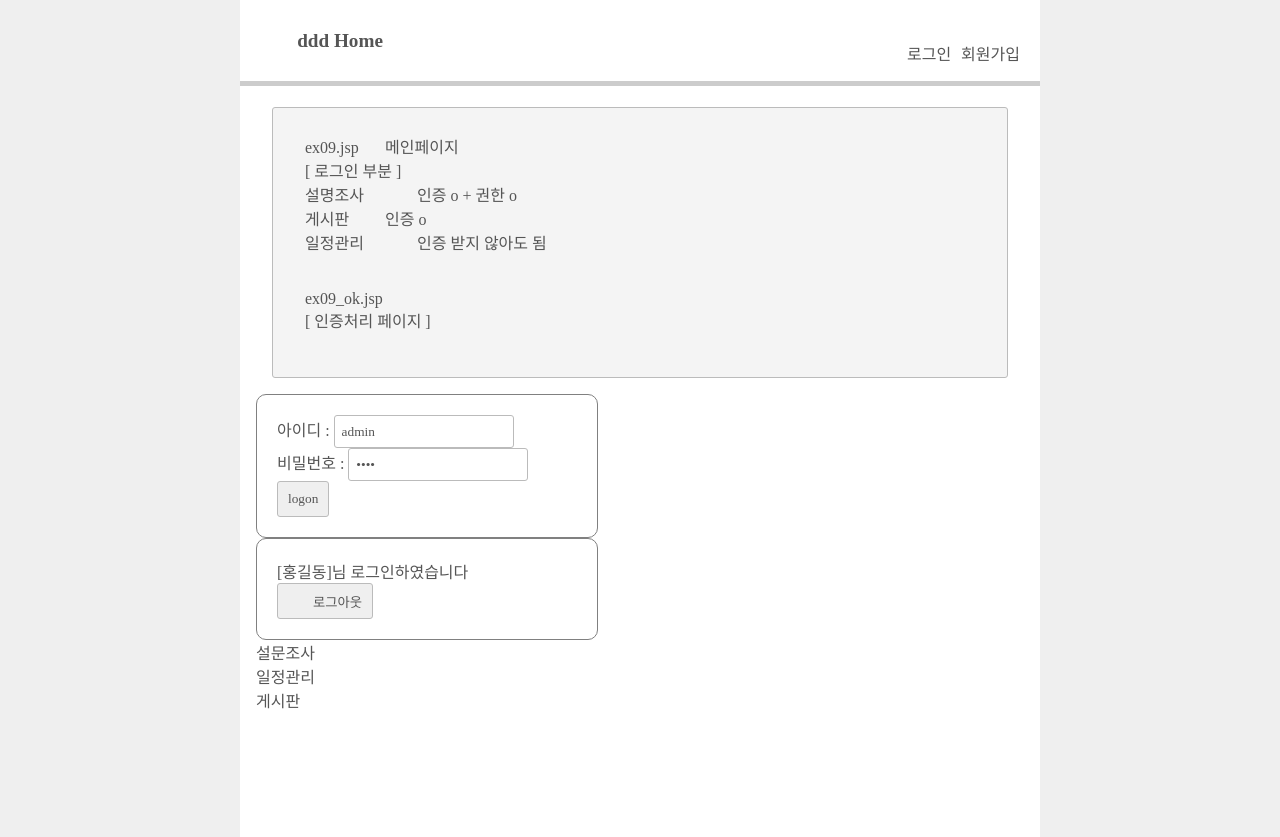
Repository: Deneb0000/JSP
Page: http://localhost/jspPro/days03/ex09.jsp
The author's editor kept a copy of each file at every save. The page is drawn from the files as they stood at one save, then again after the next save.
The browser window is 1280 px wide. The pictures show the whole page.
Some web fonts or font styles are not loaded; a fallback is used. The page is served by Tomcat 9. Other server files are loaded and not shown.

Above is the page before, as saved 2024-10-17 07:38:04.

### jspPro/src/main/webapp/days03/ex09.jsp
<%@ page contentType="text/html; charset=UTF-8" pageEncoding="UTF-8"%>
<%
	//?ok%name=이시훈 	인증성공
	//?error			인증실패
	String ok = request.getParameter("ok"); 	//null
	String name = request.getParameter("name");
	String error = request.getParameter("error");
%>
<!DOCTYPE html>
<html>
<head>
<meta charset="UTF-8">
<title>Insert title here</title>
<link rel="shortcut icon" type="image/x-icon" href="http://localhost/jspPro/images/SiSt.ico">
<script src="https://ajax.googleapis.com/ajax/libs/jquery/3.7.1/jquery.min.js"></script>
<meta name="viewport" content="width=device-width, initial-scale=1.0">
<meta name="google" content="notranslate">
<link rel="stylesheet" href="http://localhost/jspPro/resources/cdn-main/example.css">
<script src="http://localhost/jspPro/resources/cdn-main/example.js"></script>
<style>
 span.material-symbols-outlined{
    vertical-align: text-bottom;
 }
</style>

<style>
  #logon, #logout{
    border:1px solid gray;
    width:300px;
    padding:20px;
    border-radius: 10px;
  }
</style>

</head>
<body>
<header>
  <h1 class="main"><a href="#" style="position: absolute;top:30px;">ddd Home</a></h1>
  <ul>
    <li><a href="#">로그인</a></li>
    <li><a href="#">회원가입</a></li>
  </ul>
</header>
<div>
  <xmp class="code">
    ex09.jsp	메인페이지
    [ 로그인 부분 ]
    설명조사		인증 o + 권한 o
    게시판		인증 o
    일정관리		인증 받지 않아도 됨


    ex09_ok.jsp
    [ 인증처리 페이지 ]

  </xmp>

    <div id="logon">
     <form action="ex09_ok.jsp" method="get">
      아이디 : <input type="text"  name="id"  value="admin"><br>
      비밀번호 : <input type="password"  name="passwd"  value="1234"><br>
      <input type="submit"  value="logon">
     </form>
  </div>

  <div id="logout">[홍길동]님 로그인하였습니다 <br />
  <button>로그아웃</button>
  </div>

  <a href="#">설문조사</a> <br />
  <a href="#">일정관리</a> <br />

  <a href="#">게시판</a> <br />
</div>
</body>
</html>

### jspPro/src/main/webapp/resources/cdn-main/example.css
@charset "UTF-8";

@import url('https://fonts.googleapis.com/css2?family=Material+Symbols+Outlined:opsz,wght,FILL,GRAD@20..48,100..700,0..1,-50..200');

@font-face {
    font-family: 'GmarketSansMedium';
    src: url('https://cdn.jsdelivr.net/gh/projectnoonnu/noonfonts_2001@1.1/GmarketSansMedium.woff') format('woff');
    font-weight: normal;
    font-style: normal;
}

:root {
	--text-color: #555;
	--sub-text-color: #777;
	--back-color: #EFEFEF;
	--header-color: #444;
	--primary-color: #DEDEDE;
	--secondary-color: #EFEFEF;
	--default-width: 800px;
	--narrow-width: 500px;
	--wide-width: 1200px;
	--text-font: 'GmarketSansMedium';
	--icon-font: 'Material Symbols Outlined';
	--border-color: #CCC;
}

html, body {
	margin: 0;
	padding: 0;
}

html {
	background-color: var(--back-color);
	display: flex;
	justify-content: center;
	min-height: 100vh;
}

body, body.default {
	width: var(--default-width);
	background-color: white;
	padding-bottom: 120px;
}

body.wide {
	width: var(--wide-width);
}

body.narrow {
	width: var(--narrow-width);
}



body, p, div, span, a, input, select, option, textarea, button, table, th, td, label, fieldset, legend {
	font-family: var(--text-font);
	color: var(--text-color);
}

h1, h2, h3 {
	font-family: var(--text-font);
	color: var(--header-color);
	padding: 0 1rem;
	padding-top: .5rem;
}

div > h1, div > h2, div > h3 {
	padding: 0;
}

body > div, body > main > div {
	padding: 0.3rem 1rem;
}


h1 { font-size: 2rem; border-bottom: 1px solid var(--border-color); }
h1 small { font-size: 1.2rem; color: var(--sub-text-color); }
h2 { font-size: 1.5rem; border-bottom: 1px dashed var(--border-color); }
h2 small { font-size: 1.1rem; color: --sub-text-color; }
h3 { font-size: 1.2rem; }
h3 small { font-size: 1rem; color: --sub-text-color; }



h1.main::before {
	font-family: var(--icon-font);
  	content: '\e666';
  	margin-right: 10px;
  	float: left;
	font-size: 2.5rem;
}

h1.sub::before {
	font-family: var(--icon-font);
  	content: '\ea19';
  	margin-right: 10px;
  	float: left;
	font-size: 2.5rem;
}


h1.page::before {
	font-family: var(--icon-font);
  	content: '\e0e0';
  	margin-right: 10px;
  	float: left;
	font-size: 2.5rem;
}

body > header > ul > li > .active{
	background-color: #FFF;
	color:#F00;
}

body > header {
	display: flex;
	justify-content: space-between;
	border-bottom: 5px solid var(--border-color);
	min-height: 74px;
	background-color: #FFF;
}

body > header.sticky {
	position: sticky;
	top: 0;
	z-index: 98;
}

body > header > h1 {
	font-size: 1.2rem;
	border: 0;
}

body > header.in > h1::before {
	font-family: var(--icon-font);
  	content: '\e332‥';
  	margin-right: 3px;
  	float: left;
	font-size: 2rem;
}


body > header > ul {
	list-style-type: none;
	display: flex;
	align-items: flex-end;
	margin-right: 10px;
}

body > header > ul > li {
	margin-right: 10px;
	cursor: pointer;
}

body > header > ul > li > a {
	cursor: pointer;
}


form {
	display: block;
}

form > div {
	padding: 0.3rem 1rem;
}

div > form > div {
	padding: 0.3rem 0;
}

input, textarea, button, select {
	border: 1px solid #BBB;
	border-radius: 3px;
	outline: none;
	resize: none;
	padding: 7px;
	margin: 0;
}

input[type=text]:read-only, textarea:read-only {
	cursor: not-allowed;
	background-color: #FFF;
}

input[type=text]:disabled, textarea:disabled {
	cursor: not-allowed;
	background-color: #EEE;
}

input[type=text], input[type=password], textarea, button, select {
	/* width: 300px; */
}

textarea {
	display: block;
	height: 100px;
}

input[type=button], input[type=submit], button {
	/* width: inherit; */
}

input.short, textarea.short, button.short, select.short {
	width: 100px;
}

input.long, textarea.long, button.long, select.long {
	width: 350px;
}

.narrow input.long, .narrow textarea.long, .narrow button.long, .narrow select.long {
	width: calc(100% - 20px);
}

input.full, textarea.full, button.full, select.full {
	width: calc(100% - 20px);
}

textarea.short {
	height: 50px;
}

textarea.long {
	height: 100px;
}

textarea.full {
	height: 200px;
}

input, textarea {
	padding-top: 8px;
}

input[type=button], input[type=submit], button {
	padding: 5px 10px;
	background-color: var(--secondary-color);
	cursor: pointer;
	min-height: 36px;
}

input[type=button].primary, input[type=submit].primary, button.primary {
	/* background-color: rgba(100, 149, 237, .2); */
	background-color: var(--primary-color);
}

input[type=button].primary:hover, input[type=submit].primary:hover, button.primary:hover {
	/* background-color: rgba(100, 149, 237, .3); */
	background-color: var(--secondary-color);
}

input[type=button]:hover, input[type=submit]:hover, button:hover {
	background-color: var(--primary-color);
}

button {
	position: relative;
	left: 0;
	top: 0;
	padding-left: 35px;
}

button .material-symbols-outlined {
	position: absolute;
	left: 10px;
	top: 4px;
}

/* k2nik add */
button.login::before {
	font-family: var(--icon-font);
  	content: '\ea77';
	position: absolute;
	left: 11px;
	top: 4px;
	font-size: 1.25rem;
}

/* k2nik logout */
button.logout::before {
	font-family: var(--icon-font);
  	content: '\e9ba';
	position: absolute;
	left: 11px;
	top: 4px;
	font-size: 1.25rem;
}

/* k2nik help */
button.help::before {
	font-family: var(--icon-font);
  	content: '\f1c0';
	position: absolute;
	left: 11px;
	top: 4px;
	font-size: 1.25rem;
}

button.add::before{
	font-family: var(--icon-font);
  	content: '\e746';
	position: absolute;
	left: 11px;
	top: 4px;
	font-size: 1.25rem;
}

button.back::before {
	font-family: var(--icon-font);
  	content: '\e166';
	position: absolute;
	left: 11px;
	top: 4px;
	font-size: 1.25rem;
}

button.list::before {
	font-family: var(--icon-font);
  	content: '\e0ee';
	position: absolute;
	left: 11px;
	top: 4px;
	font-size: 1.25rem;
}


button.del::before {
	font-family: var(--icon-font);
  	content: '\e872';
	position: absolute;
	left: 11px;
	top: 4px;
	font-size: 1.25rem;
}


button.edit::before {
	font-family: var(--icon-font);
  	content: '\e745';
	position: absolute;
	left: 11px;
	top: 4px;
	font-size: 1.25rem;
}


button.login::before {
	font-family: var(--icon-font);
  	content: '\ea77';
	position: absolute;
	left: 11px;
	top: 4px;
	font-size: 1.25rem;
}


button.logout::before {
	font-family: var(--icon-font);
  	content: '\e9ba';
	position: absolute;
	left: 11px;
	top: 4px;
	font-size: 1.25rem;
}


button.in::before {
	font-family: var(--icon-font);
  	content: '\f71a';
	position: absolute;
	left: 11px;
	top: 4px;
	font-size: 1.25rem;
}


button.out::before {
	font-family: var(--icon-font);
  	content: '\f70e';
	position: absolute;
	left: 11px;
	top: 4px;
	font-size: 1.25rem;
}


button.reply::before {
	font-family: var(--icon-font);
  	content: '\e15e';
	position: absolute;
	left: 11px;
	top: 4px;
	font-size: 1.25rem;
}


button.comment::before {
	font-family: var(--icon-font);
  	content: '\e0b9';
	position: absolute;
	left: 11px;
	top: 4px;
	font-size: 1.25rem;
}


button.modal::before {
	font-family: var(--icon-font);
  	content: '\e89e';
	position: absolute;
	left: 11px;
	top: 4px;
	font-size: 1.25rem;
}


button.ok::before {
	font-family: var(--icon-font);
  	content: '\e86c';
	position: absolute;
	left: 11px;
	top: 4px;
	font-size: 1.25rem;
}


button.cancel::before {
	font-family: var(--icon-font);
  	content: '\e5c9';
	position: absolute;
	left: 11px;
	top: 4px;
	font-size: 1.25rem;
}

button.search::before {
	font-family: var(--icon-font);
  	content: '\e8b6';
	position: absolute;
	left: 11px;
	top: 4px;
	font-size: 1.25rem;
}

button.home::before {
	font-family: var(--icon-font);
  	content: '\e88a';
	position: absolute;
	left: 11px;
	top: 4px;
	font-size: 1.25rem;
}


button.sidebar::before {
	font-family: var(--icon-font);
  	content: '\f7e4';
	position: absolute;
	left: 11px;
	top: 4px;
	font-size: 1.25rem;
}


button.sidebar-right::before {
	font-family: var(--icon-font);
  	content: '\f7e5';
	position: absolute;
	left: 11px;
	top: 4px;
	font-size: 1.25rem;
}




button::before {
	font-family: var(--icon-font);
  	content: '\e323';
	position: absolute;
	left: 11px;
	top: 4px;
	font-size: 1.25rem;
}


table {
	border-collapse: collapse;
	margin: 1rem;
	box-sizing: border-box;
	width: calc(100% - 32px);
}

table.content {
	width: auto;
}

div > table {
	margin: 0;
}

table th, table td {
	border: 1px solid var(--border-color);
	padding: 7px;
	font-weight: normal;
}

table th {
	background-color: var(--back-color);
}

table.vertical th {
	width: 150px;
}

table.vertical td {
	width: calc(100% - 182px);
	padding-left: 10px;
}

table.content td, table.content th {
	width: auto;
}

body.narrow table.vertical th {
	width: 100px;
}

body.narrow table.vertical td {
	width: calc(100% - 182px);
}


table + table {
	margin-top: 30px;
}


p {
	padding: 0 1rem;
}

a {
	text-decoration: none;
}

a:hover {
	color: rgba(255, 99, 71, .7);
}

hr {
	border: 0;
	border-top: 1px solid var(--border-color);
	margin: 2rem 0;
}

.message {
	border: 1px solid var(--border-color);
	background-color: #EFEFEF;
	margin: 1rem;
	width: auto;
	padding-top: 10px;
	padding-bottom: 10px;
	font-size: 14px;
}

.message[title]::before {
	content: attr(title);
	display: block;
	border-bottom: 1px solid var(--border-color);
	padding-bottom: 5px;
	margin-bottom: 10px;
	margin-top: 7px;
}

.message.short {
	max-width: 250px;
}

.message.long {
	max-width: 500px;
}

.badge {
	float: right;
	font-size: .8rem;
	margin-top: 2px;
	margin-right: 2px;
	text-shadow: 0 0 7px gray;
}

.badge.left {
	float: none;
	margin-left: 2px;
}

.badge.right {
	float: right;
}

.badge.red {
	border-radius: 50%;
	padding: 2px 5px;
	background-color: rgb(255, 99, 71, .3);
}

.badge.yellow {

	border-radius: 50%;
	padding: 2px 5px;
	background-color: rgb(255, 215, 0, .5);
}

.badge.blue {
	border-radius: 50%;
	padding: 2px 5px;
	background-color: rgb(100, 149, 237, .3);
}

label + label {
	margin-left: 7px;
}

label input[type=checkbox], label input[type=radio] {
	transform: translate(0, 1px);
}

.group {
	display: flex;
}

.modal-content .group {
	margin-bottom: .5rem;
}

.group label {
	border: 1px solid #BBB;
	border-radius: 3px;
	outline: none;
	resize: none;
	padding: 7px 14px;
	margin: 0;
	border-top-right-radius: 0;
	border-bottom-right-radius: 0;
	background-color: #EFEFEF;
	white-space: nowrap;
	font-size: 14px;
}

.group input[type=text] {
	margin-left: -1px;
	border-top-left-radius: 0;
	border-bottom-left-radius: 0;
}

.group select {
	margin-left: -1px;
	border-top-left-radius: 0;
	border-bottom-left-radius: 0;
}

.group input.full[type=text] {
	margin-left: -1px;
	border-top-left-radius: 0;
	border-bottom-left-radius: 0;
	width: 100%;
}

.group input[type=button]:first-child, .group button:first-child {
	border-top-left-radius: 3px;
	border-bottom-left-radius: 3px;
	margin-left: 0px;
}

.group input[type=button], .group button {
	border-radius: 0;
	margin-left: -1px;
}

.group input[type=button]:last-child, .group button:last-child {
	margin-left: -1px;
	border-top-right-radius: 3px;
	border-bottom-right-radius: 3px;
}

.seperate {
	display: flex;
	justify-content: space-between;
}

div.list {
	width: max-content;
	margin: 1rem;
	border: 1px solid #BBB;
	border-radius: 3px;
	padding: 0;
}

div.list.full {
	width: auto;
	display: block;
	margin: 1rem;
	border: 1px solid #BBB;
	border-radius: 3px;
	padding: 0;
}

div.list > div {
	padding: .5rem 1rem;
	margin: 0;
	border-bottom: 1px solid #BBB;
}

div.list > div:last-child {
	border-bottom: 0;
}

pre.code , xmp.code{
	font-family: consols;
	background-color: rgba(150, 150, 150, .1);
	border: 1px solid #BBB;
	border-radius: 3px;
	padding: .5rem 1rem;
	padding-bottom: .6rem;
	margin: 1rem;
}




*[data-modal-window] {
	position: fixed;
	background-color: rgba(0, 0, 0, .3);
	left: 0;
	top: 0;
	display: none;
	justify-content: center;
	align-items: flex-start;
	width: 100%;
	min-height: 100vh;
	z-index: 100;
	opacity: 0;
	transition: 500ms all;
}

*[data-modal-window] .modal-container {
	border-radius: 5px;
	padding: 1rem;
	padding-bottom: .5rem;
	margin-top: -500px;
	opacity: 0;
	width: 500px;
	background-color: #FFF;
	margin-right: 2rem;
	transition: 500ms all;
}

*[data-modal-size=content] .modal-container {
	width: auto;
}

*[data-modal-size=narrow] .modal-container {
	width: 300px;
}

*[data-modal-size=wide] .modal-container {
	width: 760px;
}


*[data-modal-window] .modal-header {
	border-bottom: 1px solid var(--border-color);
	padding: 2px 5px;
}

*[data-modal-window] .modal-content {
	padding: 1rem 5px;
}

*[data-modal-window] .modal-content div:last-child {
	margin-top: 1rem;
	text-align: right;
}



*[data-sidebar-window] {
	position: fixed;
	background-color: #FFF;
	left: 0;
	top: 0;
	display: block;
	width: 300px;
	border-right: 1px solid var(--border-color);
	box-sizing: border-box;
	box-shadow: 0 0 3px var(--back-color);
	min-height: 100vh;
	z-index: 99;
	transform: translate(-300px, 0);
	transition-duration: 500ms;
	transition-property: transform;
}

*[data-sidebar-direction=right] {
	left: auto;
	right: 0;
	transform: translate(300px, 0);
	border-left: 1px solid var(--border-color);
}

*[data-sidebar-size=wide] {
	width: 500px;
	transform: translate(-500px, 0);
}

*[data-sidebar-window] .sidebar-title {
	border-bottom: 1px solid var(--border-color);
	margin-top: 20px;
	margin-bottom: 20px;
	padding-bottom: 5px;
	display: flex;
	justify-content: space-between;
}

*[data-sidebar-window] .sidebar-title span:last-child {
	cursor: pointer;
}


/* K2Nik pagination */
.center {
  text-align: center;
}

.pagination {
  display: inline-block;
}

.pagination a {
  color: black;
  float: left;
  padding: 3px 6px;
  text-decoration: none;
  transition: background-color .3s;
  border: 1px solid #ddd;
  margin: 0 3px;
}

.pagination a.active {
  background-color: #4CAF50;
  color: white;
  border: 1px solid #4CAF50;
}

.pagination a:hover:not(.active) {background-color: #ddd;}

### jspPro/src/main/webapp/resources/cdn-main/example.js

window.onload = () => {

    const list = document.querySelectorAll('input, textarea');

    list.forEach(item => {
        item.setAttribute('autocomplete', 'off');
    });


    const modal_btn_list = document.querySelectorAll('*[data-modal-button]');

    modal_btn_list.forEach(item => {
        item.onclick = function() {

            const name = this.dataset['modalButton'];
            const modal_window = document.querySelector('*[data-modal-window=' + name);

            const container = document.createElement('div');
            container.className = 'modal-container';



            const modal_header = document.createElement('div');
            modal_header.textContent = modal_window.dataset['modalTitle'];
            modal_header.className = 'modal-header';
            container.appendChild(modal_header);

            const modal_content = document.createElement('div');
            modal_content.className = 'modal-content';
            container.appendChild(modal_content);

            Array.from(modal_window.childNodes).forEach(item => {
                modal_content.appendChild(item);
            });

            modal_window.appendChild(container);

            modal_window.style.display = 'flex';

            setTimeout(() => {
                modal_window.style.opacity = 1;
                container.style.marginTop = '20px';
                container.style.opacity = 1;
            }, 50);


            const modal_ok = document.querySelector('*[data-modal-ok=' + name);
            modal_ok.addEventListener('click', function() {
                modal_window.style.opacity = 0;
                container.style.marginTop = '-500px';
                container.style.opacity = 0;

                setTimeout(() => {
                    modal_window.innerHTML = modal_content.innerHTML;
                    modal_window.style.display = 'none';
                }, 500);

            });

            const modal_cancel = document.querySelector('*[data-modal-cancel=' + name);
            modal_cancel.addEventListener('click', function() {

                modal_window.style.opacity = 0;
                container.style.marginTop = '-500px';
                container.style.opacity = 0;

                setTimeout(() => {
                    modal_window.innerHTML = modal_content.innerHTML;
                    modal_window.style.display = 'none';
                }, 500);
            });


        };
    });


    const sidebar_btn_list = document.querySelectorAll('*[data-sidebar-button]');

    sidebar_btn_list.forEach(item => {
        item.onclick = function() {



            const name = this.dataset['sidebarButton'];
            const sidebar_window = document.querySelector('*[data-sidebar-window=' + name);

            if (sidebar_window.style.transform == 'translate(0px, 0px)') return;



            sidebar_window.style.transform = 'translate(0, 0)';

            const sidebar_title = document.createElement('div');
            sidebar_title.className = 'sidebar-title';
            sidebar_title.innerHTML = '<span>' + sidebar_window.dataset['sidebarTitle'] + '</span><span class="material-symbols-outlined">close</span>';

            sidebar_title.children[1].onclick = function() {

                let sign = 1;
                let distance = 300;

                if (sidebar_window.dataset['sidebarDirection'] != 'right') {
                    sign = -1;
                } else {
                    sign = 1;
                }

                if (sidebar_window.dataset['sidebarSize'] != 'wide') {
                    distance = 300;
                } else {
                    distance = 500;
                }

                distance *= sign;

                sidebar_window.style.transform = 'translate(' + distance + 'px, 0)';

                setTimeout(function() {
                    sidebar_window.removeChild(sidebar_window.children[0]);
                }, 500);
            };


            sidebar_window.prepend(sidebar_title);

        }
    });

};

// window.onkeydown = function(event) {

//     if (event.keyCode == 27) {
//         if (document.querySelector('[data-modal-window').style.display == 'flex') {
//             document.querySelector('[data-modal-window').style.display = 'none';
//         }
//     }

// };

After the next save:
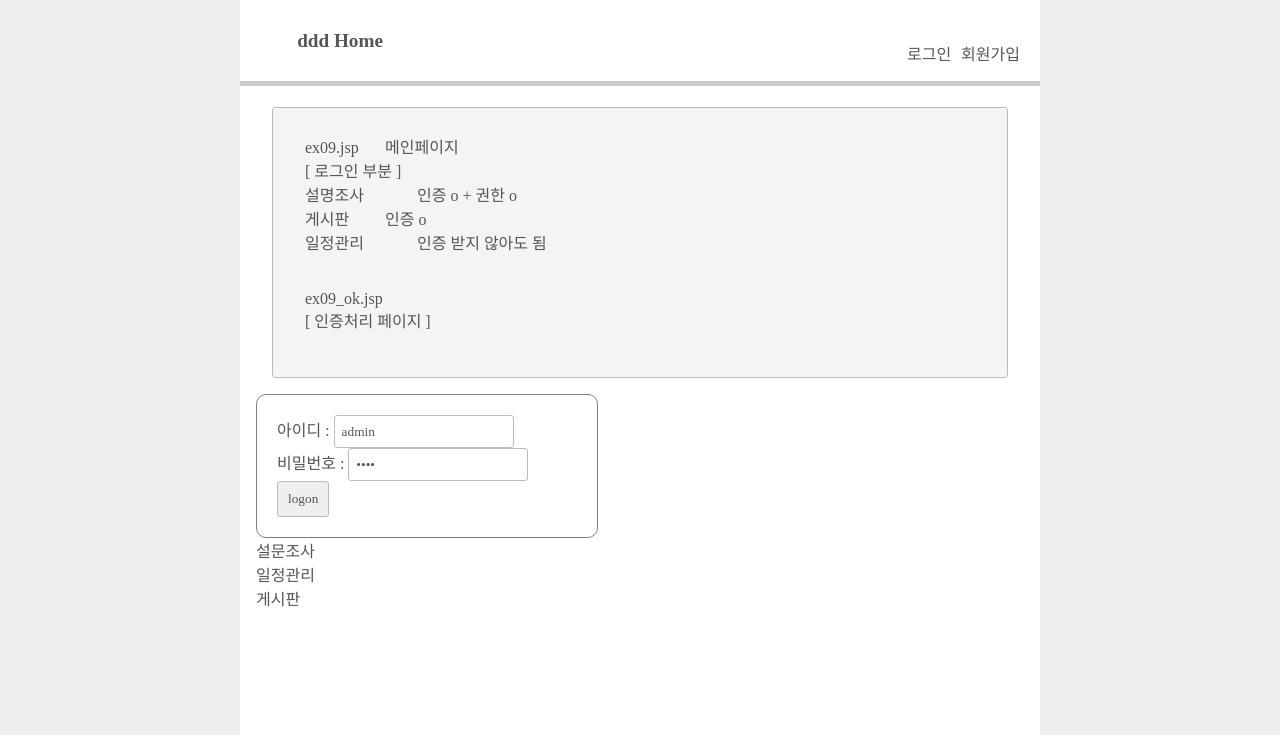
Saved 42 s later.
--- a/jspPro/src/main/webapp/days03/ex09.jsp
+++ b/jspPro/src/main/webapp/days03/ex09.jsp
@@ -63,7 +63,7 @@
      </form>
   </div>
 
-  <div id="logout">[홍길동]님 로그인하였습니다 <br />
+  <div id="logout" style="display: none">[홍길동]님 로그인하였습니다 <br />
   <button>로그아웃</button>
   </div>
 
